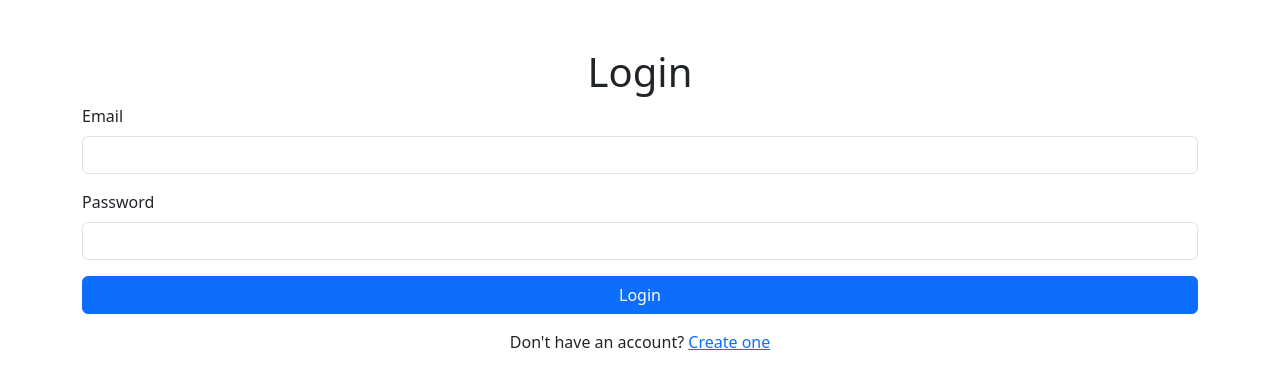
Repository: Abdulahi338/Book-management-system
Page: http://localhost/book/login.php
These files come from the project's save history. The page is drawn as it stood at one moment and after a run of saves; the edit follows.
The browser window is 1280 px wide. The pictures show the whole page.
The page is run by PHP 8.4 with error messages shown; the project is at /var/www/html/.

Above is the page before, as saved 2024-08-22 18:38:50.

### login.php
<?php
session_start();
include "conn.php"; // Include your database connection
$error = ""; // Initialize error variable

if (isset($_POST['Login'])) {
    $email = $_POST['email'];
    $password = $_POST['password'];

    // Fetch the user from the database
    $sql = $conn->Query("SELECT * FROM users WHERE email = ?");
    if($sql){
    $result = $sql->get_result();
}

    if ($result->num_rows > 0) {
        $user = $result->fetch_assoc();
        $id = $user['id'];

        // Fetch the role of the user
        $sql2 = $conn->prepare("SELECT role_name FROM roles WHERE user_id = ?");
        $sql2->bind_param('i', $id);
        $sql2->execute();
        $roleResult = $sql2->get_result();

        if ($roleResult->num_rows > 0) {
            $role = $roleResult->fetch_assoc();
            $role_name = $role['role_name'];
        } else {
            $role_name = ''; // Default if no role is found
        }

        // Verify the password
        if (password_verify($password, $user['password'])) {
            // Set session variables
            $_SESSION['user_id'] = $user['id'];
            $_SESSION['email'] = $user['email'];
            $_SESSION['role'] = $role_name;

            // Redirect to dashboard
            header("Location: index.php");
            exit();
        } else {
            $error = "Invalid password.";
        }
    } else {
        $error = "User not found.";
    }
}
?>

<!DOCTYPE html>
<html lang="en">
<head>
    <meta charset="UTF-8">
    <meta name="viewport" content="width=device-width, initial-scale=1.0">
    <title>Login</title>
    <link rel="stylesheet" href="https://cdn.jsdelivr.net/npm/bootstrap@5.3.0/dist/css/bootstrap.min.css">
</head>
<body>
<div class="container mt-5">
    <h1 class="text-center">Login</h1>
    <?php if ($error): ?>
        <div class="alert alert-danger"><?php echo $error; ?></div>
    <?php endif; ?>
    <form method="POST" action="">
        <div class="mb-3">
            <label for="email" class="form-label">Email</label>
            <input type="email" class="form-control" id="email" name="email" required>
        </div>
        <div class="mb-3">
            <label for="password" class="form-label">Password</label>
            <input type="password" class="form-control" id="password" name="password" required>
        </div>
        <button type="submit" name="Login" class="btn btn-primary w-100">Login</button>
        <p class="mt-3 text-center">Don't have an account? <a href="register.php">Create one</a></p>
    </form>
</div>
<script src="https://cdn.jsdelivr.net/npm/bootstrap@5.3.0/dist/js/bootstrap.bundle.min.js"></script>
</body>
</html>

### conn.php
<?php

$conn = new mysqli("localhost", "root", "", "libray1");

// Check connection
if ($conn->connect_error) {
    die("Connection failed: " . $conn->connect_error);
}

?>

After the next 8 saves:
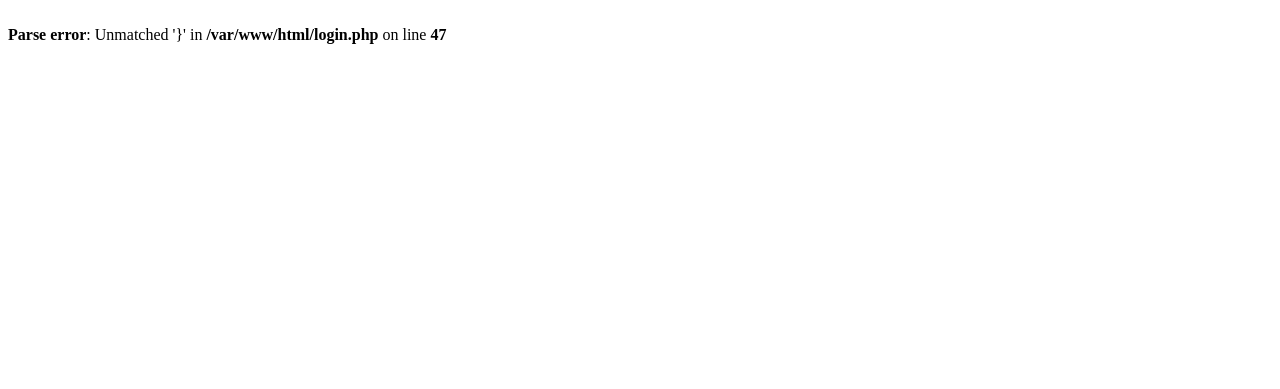
The 8 saves are shown as one change because they came seconds apart.
The last was saved 28 s later.
--- a/login.php
+++ b/login.php
@@ -11,13 +11,11 @@ if (isset($_POST['Login'])) {
     $sql = $conn->Query("SELECT * FROM users WHERE email = ?");
     if($sql){
     $result = $sql->get_result();
-}
+    $user = $result->fetch_assoc();
+    $id = $user['id'];
+  }
 
-    if ($result->num_rows > 0) {
-        $user = $result->fetch_assoc();
-        $id = $user['id'];
-
-        // Fetch the role of the user
+// Fetch the role of the user
         $sql2 = $conn->prepare("SELECT role_name FROM roles WHERE user_id = ?");
         $sql2->bind_param('i', $id);
         $sql2->execute();
